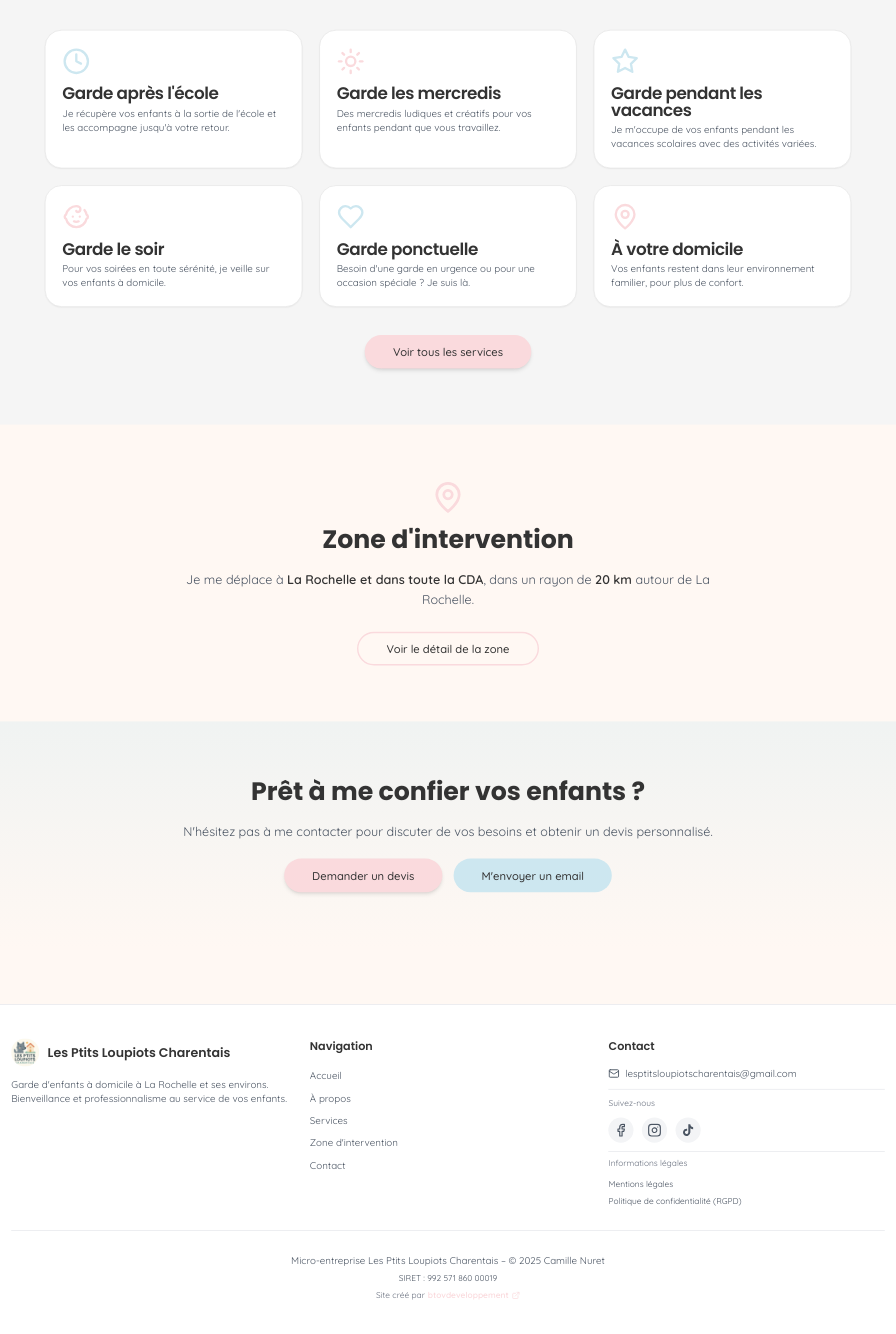
Repository: Virginie17/lesptitsloupiotscharentais
Page: /
These files come from the project's save history. The page is drawn as it stood at one moment and after the next save; the edit follows.
The browser window is 1280 px wide. The pictures show the part of the page from y = 1282 to 3202 px (the page is 3188 px tall before and 3202 px after), at 70% of full size.
The project was rebuilt for these pictures with package versions that can differ from the ones it lists, and the page was loaded fresh each time. The framework's server and built-in components were replaced by stand-ins that run in the browser.

Above is the page before, as saved 2025-10-22 16:46:50.

### app/layout.tsx
import type { Metadata } from "next"
import { Poppins, Quicksand } from "next/font/google"
import "./globals.css"
import { Navigation } from "@/components/navigation"
import { Footer } from "@/components/footer"

const poppins = Poppins({
  subsets: ["latin"],
  weight: ["300", "400", "500", "600", "700"],
  variable: "--font-poppins",
})

const quicksand = Quicksand({
  subsets: ["latin"],
  weight: ["300", "400", "500", "600", "700"],
  variable: "--font-quicksand",
})

export const metadata: Metadata = {
  title: "Les Ptits Loupiots Charentais | Garde d'enfants à La Rochelle",
  description: "Service de garde d'enfants à domicile à La Rochelle et ses environs. Camille Nuret, assistante maternelle agréée BAFA et CAP Petite Enfance.",
  keywords: "garde d'enfants, La Rochelle, assistante maternelle, baby-sitting, BAFA, CAP Petite Enfance",
}

export default function RootLayout({
  children,
}: Readonly<{
  children: React.ReactNode
}>) {
  return (
    <html lang="fr" className={`${poppins.variable} ${quicksand.variable}`}>
      <body className="min-h-screen flex flex-col">
        <Navigation />
        <main className="flex-grow">{children}</main>
        <Footer />
      </body>
    </html>
  )
}

### app/globals.css
@import url('https://fonts.googleapis.com/css2?family=Poppins:wght@300;400;500;600;700&family=Quicksand:wght@300;400;500;600;700&display=swap');

@tailwind base;
@tailwind components;
@tailwind utilities;

:root {
  --font-poppins: 'Poppins', sans-serif;
  --font-quicksand: 'Quicksand', sans-serif;

  --background: 0 0% 100%;
  --foreground: 0 0% 20%;
  --primary: 340 100% 92%;
  --primary-foreground: 0 0% 20%;
  --secondary: 200 50% 87%;
  --secondary-foreground: 0 0% 20%;
  --border: 0 0% 90%;
  --input: 0 0% 90%;
  --ring: 340 100% 92%;
}

@layer base {
  * {
    @apply border-border;
  }
  body {
    @apply bg-beige-light text-gray-dark font-quicksand;
  }
  h1, h2, h3, h4, h5, h6 {
    @apply font-poppins;
  }
}

@layer utilities {
  .text-balance {
    text-wrap: balance;
  }
}

### components/navigation.tsx
"use client"

import Link from "next/link"
import { usePathname } from "next/navigation"
import { useState } from "react"
import { Menu, X } from "lucide-react"
import { cn } from "@/lib/utils"

const links = [
  { href: "/", label: "Accueil" },
  { href: "/a-propos", label: "À propos" },
  { href: "/services", label: "Services" },
  { href: "/zone", label: "Zone d'intervention" },
  { href: "/contact", label: "Contact" },
]

export function Navigation() {
  const pathname = usePathname()
  const [isOpen, setIsOpen] = useState(false)

  return (
    <nav className="bg-white/95 backdrop-blur-sm shadow-sm sticky top-0 z-50">
      <div className="container mx-auto px-4">
        <div className="flex items-center justify-between h-16 md:h-20">
          <Link href="/" className="flex items-center space-x-2">
            <span className="text-xl md:text-2xl font-bold text-rose-powder">🧸</span>
            <span className="text-lg md:text-xl font-poppins font-semibold text-gray-dark">
              Les Ptits Loupiots
            </span>
          </Link>

          {/* Desktop Navigation */}
          <div className="hidden md:flex items-center space-x-1">
            {links.map((link) => (
              <Link
                key={link.href}
                href={link.href}
                className={cn(
                  "px-4 py-2 rounded-full text-sm font-medium transition-colors",
                  pathname === link.href
                    ? "bg-rose-powder text-gray-dark"
                    : "text-gray-600 hover:bg-rose-powder/20 hover:text-gray-dark"
                )}
              >
                {link.label}
              </Link>
            ))}
          </div>

          {/* Mobile Menu Button */}
          <button
            className="md:hidden p-2 rounded-lg hover:bg-gray-100"
            onClick={() => setIsOpen(!isOpen)}
          >
            {isOpen ? <X size={24} /> : <Menu size={24} />}
          </button>
        </div>

        {/* Mobile Navigation */}
        {isOpen && (
          <div className="md:hidden py-4 border-t animate-fade-in">
            {links.map((link) => (
              <Link
                key={link.href}
                href={link.href}
                onClick={() => setIsOpen(false)}
                className={cn(
                  "block px-4 py-3 rounded-lg text-sm font-medium transition-colors",
                  pathname === link.href
                    ? "bg-rose-powder text-gray-dark"
                    : "text-gray-600 hover:bg-rose-powder/20"
                )}
              >
                {link.label}
              </Link>
            ))}
          </div>
        )}
      </div>
    </nav>
  )
}

### src/components/Footer.tsx
import Link from "next/link"
import Image from "next/image"
import { Mail, ExternalLink, Facebook, Instagram } from "lucide-react"

export function Footer() {
  return (
    <footer className="bg-white border-t border-gray-200 mt-20">
      <div className="container mx-auto px-4 py-12">
        <div className="grid grid-cols-1 md:grid-cols-3 gap-8">
          {/* Logo & Description */}
          <div className="space-y-4">
            <div className="flex items-center space-x-3 group">
              <Image
                src="/logo.jpg"
                alt="Les Ptits Loupiots Charentais"
                width={40}
                height={40}
                className="rounded-full object-cover animate-float group-hover:animate-bounce-gentle"
              />
              <span className="text-lg font-poppins font-semibold group-hover:text-rose-600 transition-colors duration-300">
                Les Ptits Loupiots Charentais
              </span>
            </div>
            <p className="text-sm text-gray-600">
              Garde d&apos;enfants à domicile à La Rochelle et ses environs.
              Bienveillance et professionnalisme au service de vos enfants.
            </p>
          </div>

          {/* Navigation Links */}
          <div>
            <h3 className="font-poppins font-semibold mb-4">Navigation</h3>
            <ul className="space-y-2">
              <li>
                <Link
                  href="/"
                  className="text-sm text-gray-600 hover:text-rose-powder transition-all duration-300 hover:translate-x-1 inline-block"
                >
                  Accueil
                </Link>
              </li>
              <li>
                <Link
                  href="/a-propos"
                  className="text-sm text-gray-600 hover:text-rose-powder transition-all duration-300 hover:translate-x-1 inline-block"
                >
                  À propos
                </Link>
              </li>
              <li>
                <Link
                  href="/services"
                  className="text-sm text-gray-600 hover:text-rose-powder transition-all duration-300 hover:translate-x-1 inline-block"
                >
                  Services
                </Link>
              </li>
              <li>
                <Link
                  href="/zone"
                  className="text-sm text-gray-600 hover:text-rose-powder transition-all duration-300 hover:translate-x-1 inline-block"
                >
                  Zone d&apos;intervention
                </Link>
              </li>
              <li>
                <Link
                  href="/contact"
                  className="text-sm text-gray-600 hover:text-rose-powder transition-all duration-300 hover:translate-x-1 inline-block"
                >
                  Contact
                </Link>
              </li>
            </ul>
          </div>

          {/* Contact */}
          <div>
            <h3 className="font-poppins font-semibold mb-4">Contact</h3>
            <div className="space-y-3">
              <a
                href="mailto:lesptitsloupiotscharentais@gmail.com"
                className="flex items-center space-x-2 text-sm text-gray-600 hover:text-rose-powder transition-all duration-300 hover:translate-x-1 group"
              >
                <Mail size={16} className="group-hover:animate-pulse-soft" />
                <span>lesptitsloupiotscharentais@gmail.com</span>
              </a>

              {/* Réseaux sociaux */}
              <div className="pt-3 border-t border-gray-200">
                <p className="text-xs text-gray-500 mb-3">Suivez-nous</p>
                <div className="flex items-center space-x-3">
                  <a
                    href="https://www.facebook.com"
                    target="_blank"
                    rel="noopener noreferrer"
                    className="group p-2 rounded-full bg-gray-100 hover:bg-rose-powder transition-all duration-300 hover:scale-110"
                    aria-label="Facebook"
                  >
                    <Facebook size={20} className="text-gray-600 group-hover:text-white transition-colors" />
                  </a>
                  <a
                    href="https://www.instagram.com"
                    target="_blank"
                    rel="noopener noreferrer"
                    className="group p-2 rounded-full bg-gray-100 hover:bg-rose-powder transition-all duration-300 hover:scale-110"
                    aria-label="Instagram"
                  >
                    <Instagram size={20} className="text-gray-600 group-hover:text-white transition-colors" />
                  </a>
                  <a
                    href="https://www.tiktok.com"
                    target="_blank"
                    rel="noopener noreferrer"
                    className="group p-2 rounded-full bg-gray-100 hover:bg-rose-powder transition-all duration-300 hover:scale-110"
                    aria-label="TikTok"
                  >
                    <svg
                      width="20"
                      height="20"
                      viewBox="0 0 24 24"
                      fill="none"
                      className="text-gray-600 group-hover:text-white transition-colors"
                    >
                      <path
                        d="M19.59 6.69a4.83 4.83 0 0 1-3.77-4.25V2h-3.45v13.67a2.89 2.89 0 0 1-5.2 1.74 2.89 2.89 0 0 1 2.31-4.64 2.93 2.93 0 0 1 .88.13V9.4a6.84 6.84 0 0 0-1-.05A6.33 6.33 0 0 0 5 20.1a6.34 6.34 0 0 0 10.86-4.43v-7a8.16 8.16 0 0 0 4.77 1.52v-3.4a4.85 4.85 0 0 1-1-.1z"
                        fill="currentColor"
                      />
                    </svg>
                  </a>
                </div>
              </div>

              <div className="pt-2 border-t border-gray-200">
                <p className="text-xs text-gray-500 mb-2">Informations légales</p>
                <div className="space-y-1">
                  <Link
                    href="/mentions-legales"
                    className="text-xs text-gray-600 hover:text-rose-powder transition-all duration-300 hover:translate-x-1 inline-block"
                  >
                    Mentions légales
                  </Link>
                  <br />
                  <Link
                    href="/politique-confidentialite"
                    className="text-xs text-gray-600 hover:text-rose-powder transition-all duration-300 hover:translate-x-1 inline-block"
                  >
                    Politique de confidentialité (RGPD)
                  </Link>
                </div>
              </div>
            </div>
          </div>
        </div>

        <div className="border-t border-gray-200 mt-8 pt-8 text-center text-sm text-gray-600 space-y-2">
          <p>
            Micro-entreprise Les Ptits Loupiots Charentais – © 2025 Camille Nuret
          </p>
          <p className="text-xs">
            SIRET : 992 571 860 00019
          </p>
          <p className="text-xs text-gray-500 flex items-center justify-center gap-1">
            Site créé par{" "}
            <a
              href="https://btovdeveloppement.com"
              target="_blank"
              rel="noopener noreferrer"
              className="text-rose-powder hover:text-rose-600 font-semibold transition-colors inline-flex items-center gap-1"
            >
              btovdeveloppement
              <ExternalLink size={12} />
            </a>
          </p>
        </div>
      </div>
    </footer>
  )
}

### src/components/ui/button.tsx
import * as React from "react"
import { Slot } from "@radix-ui/react-slot"
import { cva, type VariantProps } from "class-variance-authority"
import { cn } from "@/lib/utils"

const buttonVariants = cva(
  "inline-flex items-center justify-center gap-2 whitespace-nowrap rounded-full text-sm font-medium ring-offset-background transition-all focus-visible:outline-none focus-visible:ring-2 focus-visible:ring-ring focus-visible:ring-offset-2 disabled:pointer-events-none disabled:opacity-50",
  {
    variants: {
      variant: {
        default: "bg-rose-powder text-gray-dark hover:bg-rose-powder/90 shadow-md hover:shadow-lg",
        secondary: "bg-blue-sky text-gray-dark hover:bg-blue-sky/90",
        outline: "border-2 border-rose-powder bg-transparent hover:bg-rose-powder/10",
        ghost: "hover:bg-rose-powder/10",
      },
      size: {
        default: "h-11 px-8 py-2",
        sm: "h-9 px-4",
        lg: "h-12 px-10 text-base",
        icon: "h-10 w-10",
      },
    },
    defaultVariants: {
      variant: "default",
      size: "default",
    },
  }
)

export interface ButtonProps
  extends React.ButtonHTMLAttributes<HTMLButtonElement>,
    VariantProps<typeof buttonVariants> {
  asChild?: boolean
}

const Button = React.forwardRef<HTMLButtonElement, ButtonProps>(
  ({ className, variant, size, asChild = false, ...props }, ref) => {
    const Comp = asChild ? Slot : "button"
    return (
      <Comp
        className={cn(buttonVariants({ variant, size, className }))}
        ref={ref}
        {...props}
      />
    )
  }
)
Button.displayName = "Button"

export { Button, buttonVariants }

### src/components/ui/card.tsx
import * as React from "react"
import { cn } from "@/lib/utils"

const Card = React.forwardRef<HTMLDivElement, React.HTMLAttributes<HTMLDivElement>>(
  ({ className, ...props }, ref) => (
    <div
      ref={ref}
      className={cn("rounded-3xl border bg-white shadow-sm transition-all hover:shadow-md", className)}
      {...props}
    />
  )
)
Card.displayName = "Card"

const CardHeader = React.forwardRef<HTMLDivElement, React.HTMLAttributes<HTMLDivElement>>(
  ({ className, ...props }, ref) => (
    <div ref={ref} className={cn("flex flex-col space-y-1.5 p-6", className)} {...props} />
  )
)
CardHeader.displayName = "CardHeader"

const CardTitle = React.forwardRef<HTMLParagraphElement, React.HTMLAttributes<HTMLHeadingElement>>(
  ({ className, ...props }, ref) => (
    <h3 ref={ref} className={cn("text-2xl font-semibold leading-none tracking-tight", className)} {...props} />
  )
)
CardTitle.displayName = "CardTitle"

const CardDescription = React.forwardRef<HTMLParagraphElement, React.HTMLAttributes<HTMLParagraphElement>>(
  ({ className, ...props }, ref) => (
    <p ref={ref} className={cn("text-sm text-gray-600", className)} {...props} />
  )
)
CardDescription.displayName = "CardDescription"

const CardContent = React.forwardRef<HTMLDivElement, React.HTMLAttributes<HTMLDivElement>>(
  ({ className, ...props }, ref) => (
    <div ref={ref} className={cn("p-6 pt-0", className)} {...props} />
  )
)
CardContent.displayName = "CardContent"

const CardFooter = React.forwardRef<HTMLDivElement, React.HTMLAttributes<HTMLDivElement>>(
  ({ className, ...props }, ref) => (
    <div ref={ref} className={cn("flex items-center p-6 pt-0", className)} {...props} />
  )
)
CardFooter.displayName = "CardFooter"

export { Card, CardHeader, CardFooter, CardTitle, CardDescription, CardContent }

### tailwind.config.ts
import type { Config } from "tailwindcss"

const config = {
  darkMode: ["class"],
  content: [
    './src/pages/**/*.{ts,tsx}',
    './src/components/**/*.{ts,tsx}',
    './src/app/**/*.{ts,tsx}',
  ],
  prefix: "",
  theme: {
    container: {
      center: true,
      padding: "2rem",
      screens: {
        "2xl": "1400px",
      },
    },
    extend: {
      colors: {
        border: "hsl(var(--border))",
        input: "hsl(var(--input))",
        ring: "hsl(var(--ring))",
        background: "hsl(var(--background))",
        foreground: "hsl(var(--foreground))",
        beige: {
          light: "#FFF8F3",
        },
        rose: {
          powder: "#FADADD",
        },
        blue: {
          sky: "#CDE7F0",
        },
        gray: {
          soft: "#F5F5F5",
          dark: "#333333",
        },
        primary: {
          DEFAULT: "hsl(var(--primary))",
          foreground: "hsl(var(--primary-foreground))",
        },
        secondary: {
          DEFAULT: "hsl(var(--secondary))",
          foreground: "hsl(var(--secondary-foreground))",
        },
      },
      fontFamily: {
        poppins: ['var(--font-poppins)', 'sans-serif'],
        quicksand: ['var(--font-quicksand)', 'sans-serif'],
      },
      keyframes: {
        "fade-in": {
          "0%": { opacity: "0" },
          "100%": { opacity: "1" },
        },
        "slide-up": {
          "0%": { transform: "translateY(20px)", opacity: "0" },
          "100%": { transform: "translateY(0)", opacity: "1" },
        },
      },
      animation: {
        "fade-in": "fade-in 0.6s ease-out",
        "slide-up": "slide-up 0.6s ease-out",
      },
    },
  },
  plugins: [require("tailwindcss-animate")],
} satisfies Config

export default config

Loaded but not shown: src/lib/utils.ts (common file); app/page.tsx (170 lines, source omitted)

After the next save:
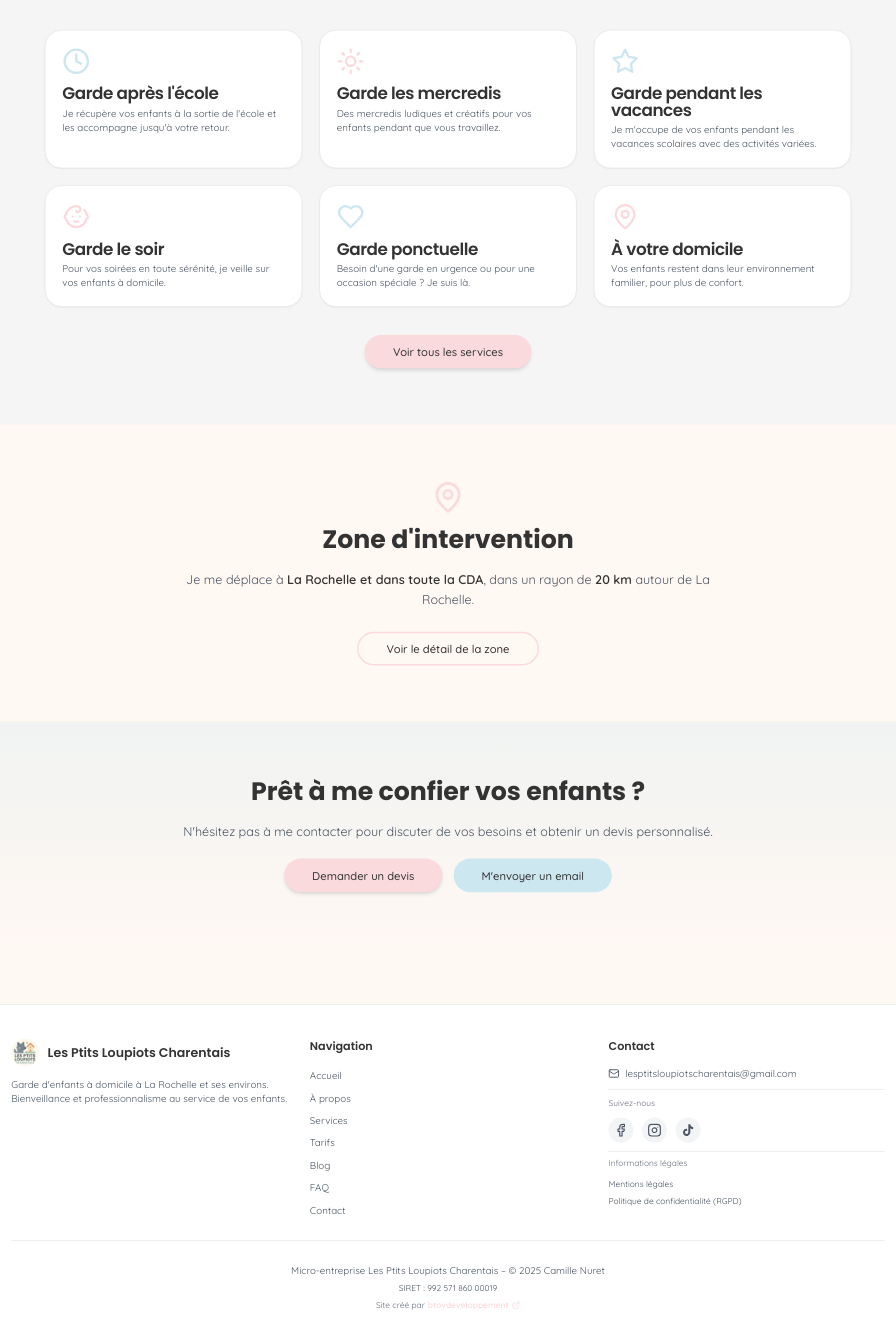
Saved 19 s later.
--- a/src/components/Footer.tsx
+++ b/src/components/Footer.tsx
@@ -57,10 +57,26 @@ export function Footer() {
               </li>
               <li>
                 <Link
-                  href="/zone"
+                  href="/tarifs"
                   className="text-sm text-gray-600 hover:text-rose-powder transition-all duration-300 hover:translate-x-1 inline-block"
                 >
-                  Zone d&apos;intervention
+                  Tarifs
+                </Link>
+              </li>
+              <li>
+                <Link
+                  href="/blog"
+                  className="text-sm text-gray-600 hover:text-rose-powder transition-all duration-300 hover:translate-x-1 inline-block"
+                >
+                  Blog
+                </Link>
+              </li>
+              <li>
+                <Link
+                  href="/faq"
+                  className="text-sm text-gray-600 hover:text-rose-powder transition-all duration-300 hover:translate-x-1 inline-block"
+                >
+                  FAQ
                 </Link>
               </li>
               <li>
